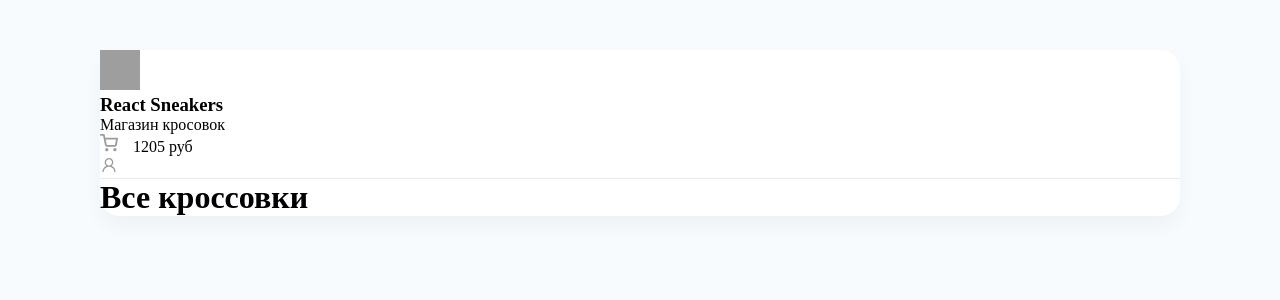
Repository: Azimich/React-Sneakers
Page: /
The author's editor kept a copy of each file at every save. The page is drawn from the files as they stood at one save, then again after a run of saves.
The browser window is 1280 px wide. The pictures show the whole page.
Pictures or frames that could not be fetched are drawn as grey boxes. The project was rebuilt for these pictures with package versions that can differ from the ones it lists, and the page was loaded fresh each time.

Above is the page before, as saved 2022-09-22 22:08:28.

### src/index.js
import React from 'react';
import ReactDOM from 'react-dom/client';

import 'macro-css';
import './index.scss';
import App from './App';

const root = ReactDOM.createRoot(document.getElementById('root'));
root.render (
  <React.StrictMode>
    <App />
  </React.StrictMode>
);

### src/index.scss
@import url('https://fonts.googleapis.com/css2?family=Inter:wght@400;500;600;700;800&family=Montserrat:wght@300;400;500;600;700&family=Open+Sans:wght@400;500&family=Ubuntu:ital,wght@0,300;0,400;0,500;0,700;1,300;1,400;1,500;1,700&display=swap');

body {
  margin: 0;
  background-color: #F7FBFE;
  font-family: serif;
}

*,
*::before,
*::after {
  box-sizing: border-box;
  margin: 0;
  padding: 0;
}

ul {
  list-style: none;
}

a {
  text-decoration: none;
}

input,
textarea,
label,
button {
  background-color: transparent;
  font-family: inherit;
  outline: none;
  display: block;
}

button {
  border: none;
  cursor: pointer;
}

textarea{
  resize: none;
}

h1,h2,h3,h4,h5{
  margin: 0;
}

.wrapper {
  background: #FFFFFF;
  box-shadow: 0px 10px 20px rgba(0, 0, 0, 0.04);
  border-radius: 20px;
  max-width: 1080px;
  margin: 50px auto;
}

header {
  border-bottom: 1px solid #eaeaea;

  img {
    margin-right: 15px;
  }
}

// .headerInfo {
//   margin-left: 12px;
// }

### src/App.js
import React from 'react';


function App() {
  return (
    <div className="wrapper">
      <header className="d-flex justify-between align-center p-40">
        <div className="d-flex align-center">
          <img width={40} height={40} src="/img/logo.svg" alt='img'/>
          <div>
            <h3 className='text-uppercase'>React Sneakers</h3>
            <p>Магазин кросовок</p>
          </div>
        </div>
        <ul className="d-flex align-center">
          <li className='mr-30 d-flex align-center'>
            <img width={18} height={18} src="/img/cart.svg" alt='img'/>
            <span>1205 руб</span>
          </li>
          <li>
            <img width={18} height={18} src="/img/user.svg" alt='img'/>
          </li>
        </ul>
      </header>
      <div className="content p-40">
        <h1>Все кроссовки</h1>
      </div>
    </div>
  );
}

export default App;

Loaded but not shown: public/index.html (common file)

After the next 3 saves:
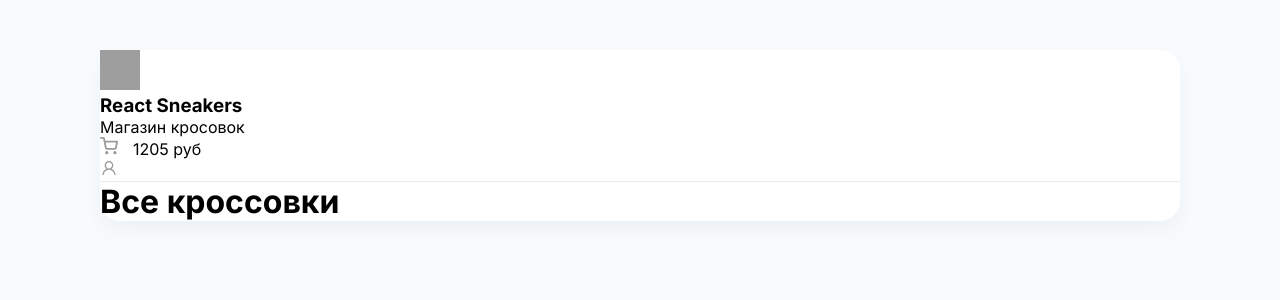
The 3 saves are shown as one change because they came seconds apart.
The last was saved 14 s later.
--- a/src/index.scss
+++ b/src/index.scss
@@ -3,7 +3,7 @@
 body {
   margin: 0;
   background-color: #F7FBFE;
-  font-family: serif;
+  font-family: 'Inter';
 }
 
 *,
